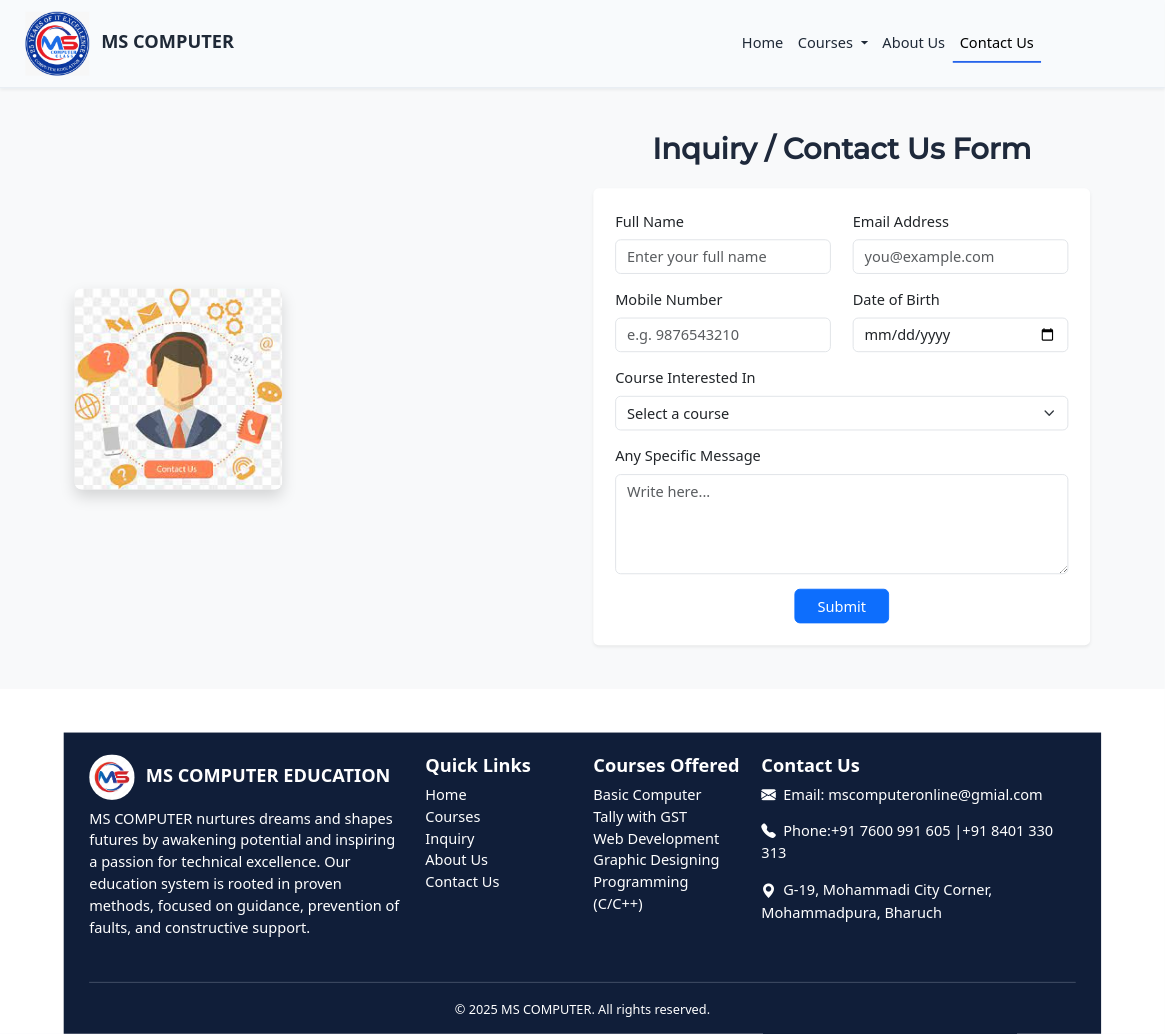
Repository: mscomputer2025/mscomputer
Page: http://localhost/contactus
The author's editor kept a copy of each file at every save. The page is drawn from the files as they stood at one save, then again after a run of saves.
The browser window is 1280 px wide. The pictures show the whole page, at 91% of full size.
Some web fonts or font styles are not loaded; a fallback is used. The page is served by the project's Laravel application, run on PHP 8.4 with Laravel 12. Queries for data that is not in the repository find no rows.

Above is the page before, as saved 2025-07-02 11:10:40.

After the next 2 saves:
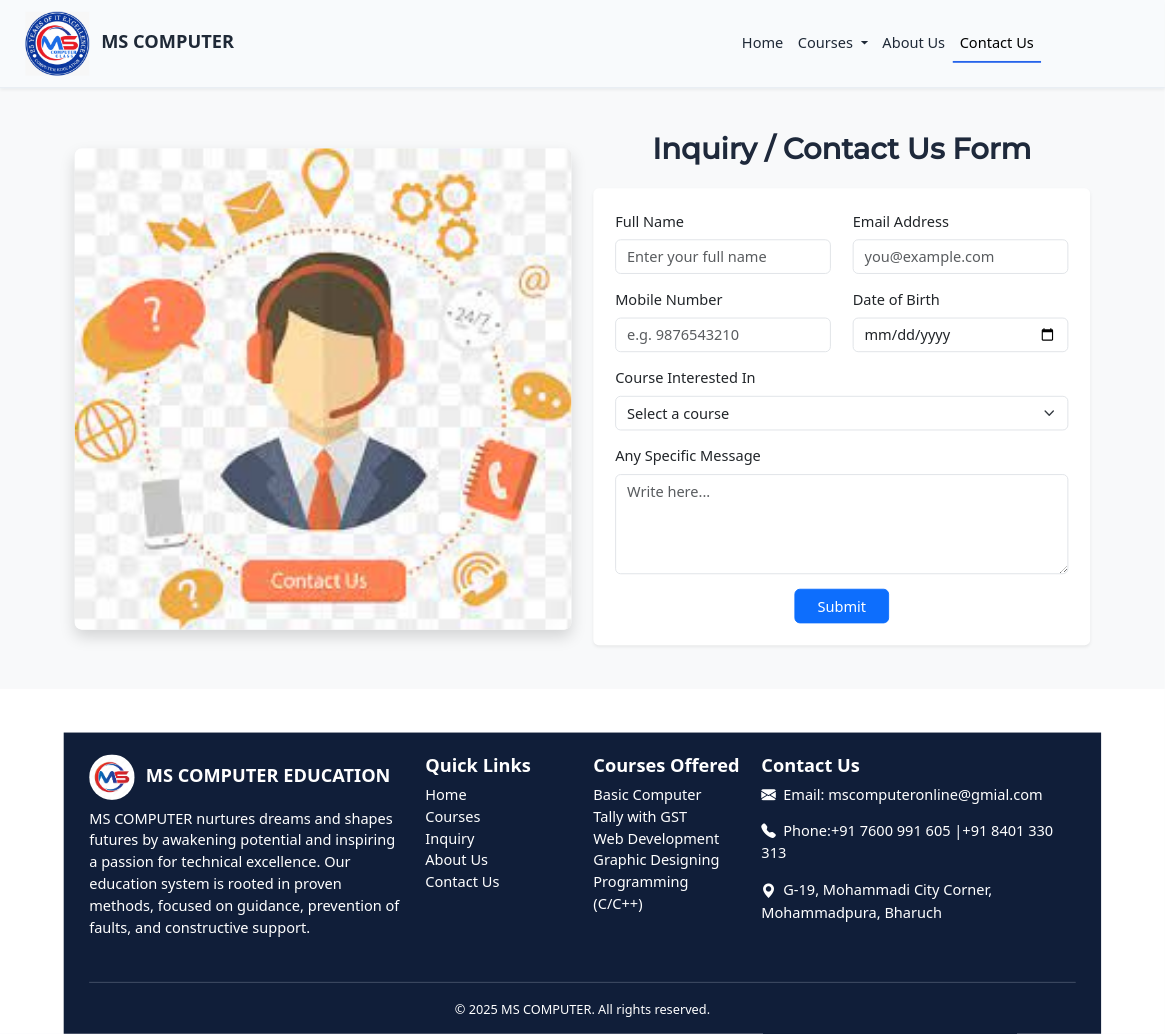
The 2 saves are shown as one change because they came seconds apart.
The last was saved 21 s later.
--- a/resources/views/contactus.blade.php
+++ b/resources/views/contactus.blade.php
@@ -10,7 +10,7 @@
       <!-- Left: Image -->
       <div class="col-md-6">
         <img src="{{ asset('images/contactus1.jpg') }}" alt="MS Computer Institute"
-             class="img-fluid rounded-3 shadow object-fit-cover">
+             class="img-fluid rounded-3 shadow w-100 h-100 object-fit-cover">
       </div>
 
       <!-- Right: Form -->
